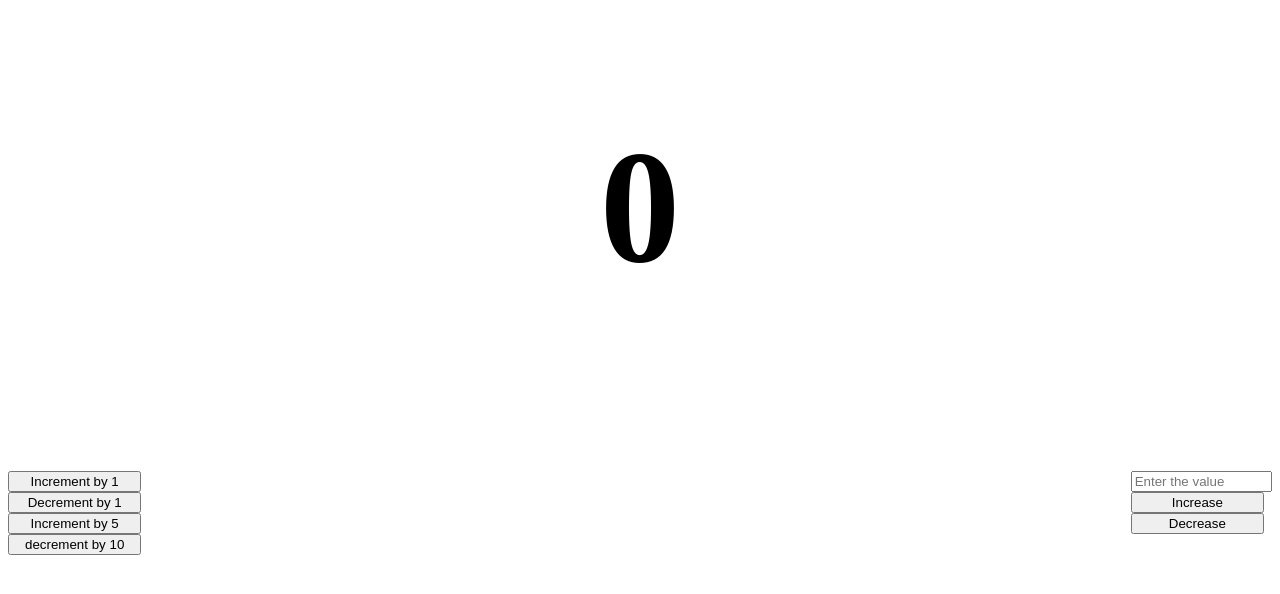
Repository: drumsmanku/micro-project-2
Page: index.html
These files come from the project's save history. The page is drawn as it stood at one moment and after the next save; the edit follows.
The browser window is 1280 px wide. The pictures show the whole page.

Above is the page before, as saved 2023-04-07 19:37:51.

### index.html
<!DOCTYPE html>
<html lang="en">
<head>
  <meta charset="UTF-8">
  <meta http-equiv="X-UA-Compatible" content="IE=edge">
  <meta name="viewport" content="width=device-width, initial-scale=1.0">
  <link rel="stylesheet" href="style.css">
  <title>micro Project 2</title>
</head>
<body>
  <div class="my-elements">
    <h1 id="h1-tag">0</h1>
    <div class="second-part">
      <div class="second-first-part">
        <button id="clicked-1">Increment by 1</button>
        <button id="clicked-2">Decrement by 1</button>
        <button id="clicked-3">Increment by 5</button>
        <button id="clicked-4">decrement by 10</button>
      </div>
      <div class="second-second-part">
        <input type="number" name="num" id="num" placeholder="Enter the value">
        <button id="inc-dec-1">Increase</button>
        <button id="inc-dec-2">Decrease</button>
      </div>

    </div>
  </div>
</body>
</html>

### style.css
.my-elements{
  display: flex;
  justify-content: center;
  text-align: center;
  flex-direction: column;
}
.my-elements h1{
  font-size: 10rem;
}

.second-part{
  display: flex;

  flex-wrap: wrap;
  margin-top: 4rem;
  justify-content: space-between;
}

.second-first-part{
  display: flex;
  flex-direction: column;
}

.second-first-part button{
  width: 10em;
}

.second-second-part{
  display: flex;
  flex-direction: column;
  margin-left: 10rem;
}

.second-second-part button,input{
  width: 10em;
}

After the next save:
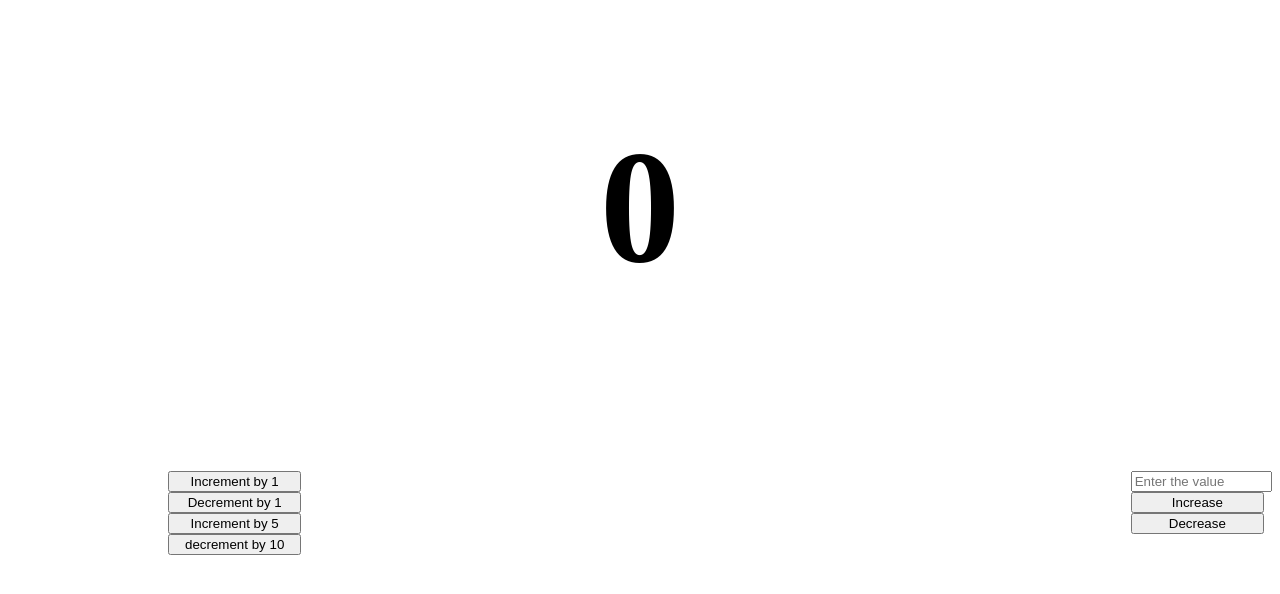
Saved 12 s later.
--- a/style.css
+++ b/style.css
@@ -19,6 +19,7 @@
 .second-first-part{
   display: flex;
   flex-direction: column;
+  margin-left: 10rem;
 }
 
 .second-first-part button{
@@ -28,7 +29,7 @@
 .second-second-part{
   display: flex;
   flex-direction: column;
-  margin-left: 10rem;
+
 }
 
 .second-second-part button,input{
